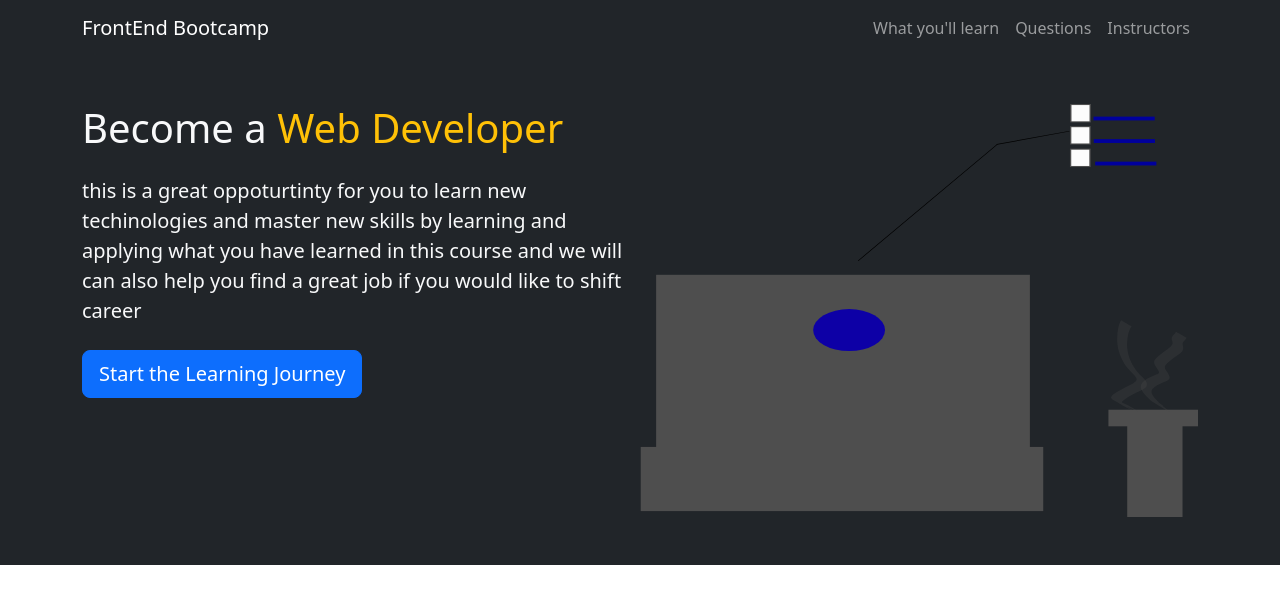
Repository: HaziimYassien/Front-End-BootCamp-__BootStrap-Project
Page: Front End BootCamp2/index.html
An editor plug-in stored every save of this project. The page is shown before and after a run of saves, followed by the edit.
The browser window is 1280 px wide. The pictures show the whole page.

Above is the page before, as saved 2024-01-12 02:20:52.

After the next 2 saves:
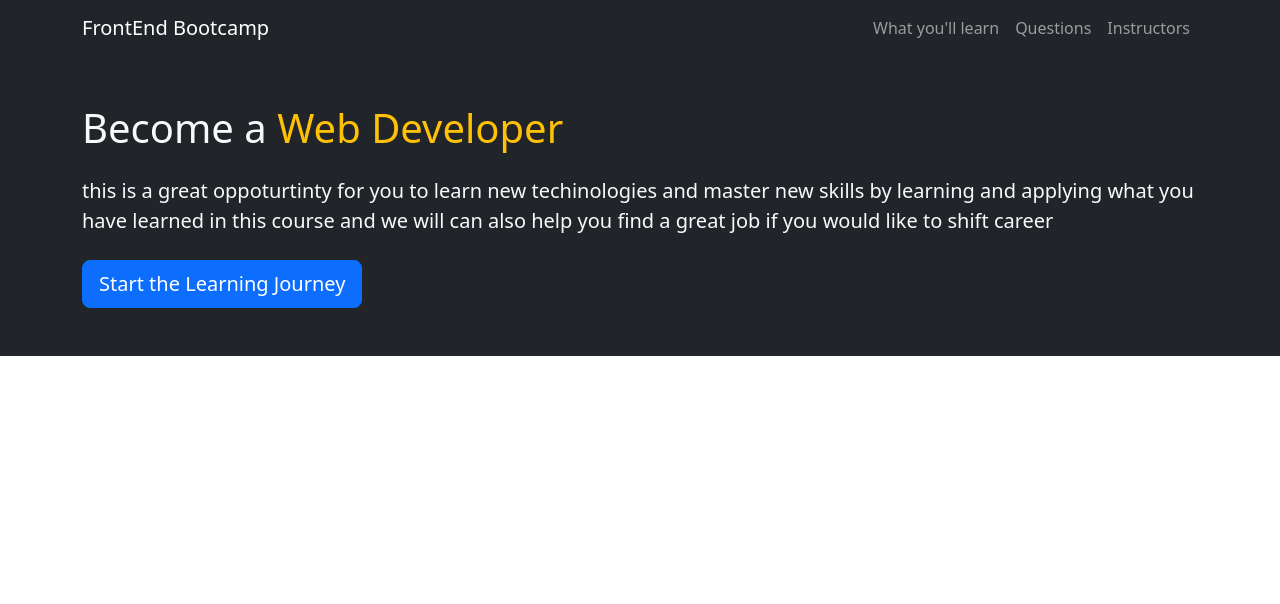
The 2 saves are shown as one change because they came seconds apart.
The last was saved 79 s later.
--- a/Front End BootCamp2/index.html
+++ b/Front End BootCamp2/index.html
@@ -59,7 +59,7 @@
             </button>
           </div>
           <img
-            class="img-fluid w-50 h-50"
+            class="img-fluid w-50 h-50 d-none d-block-sm"
             src="img/FirstImage_BootCampProject.svg"
             alt=""
           />

After the save that followed:
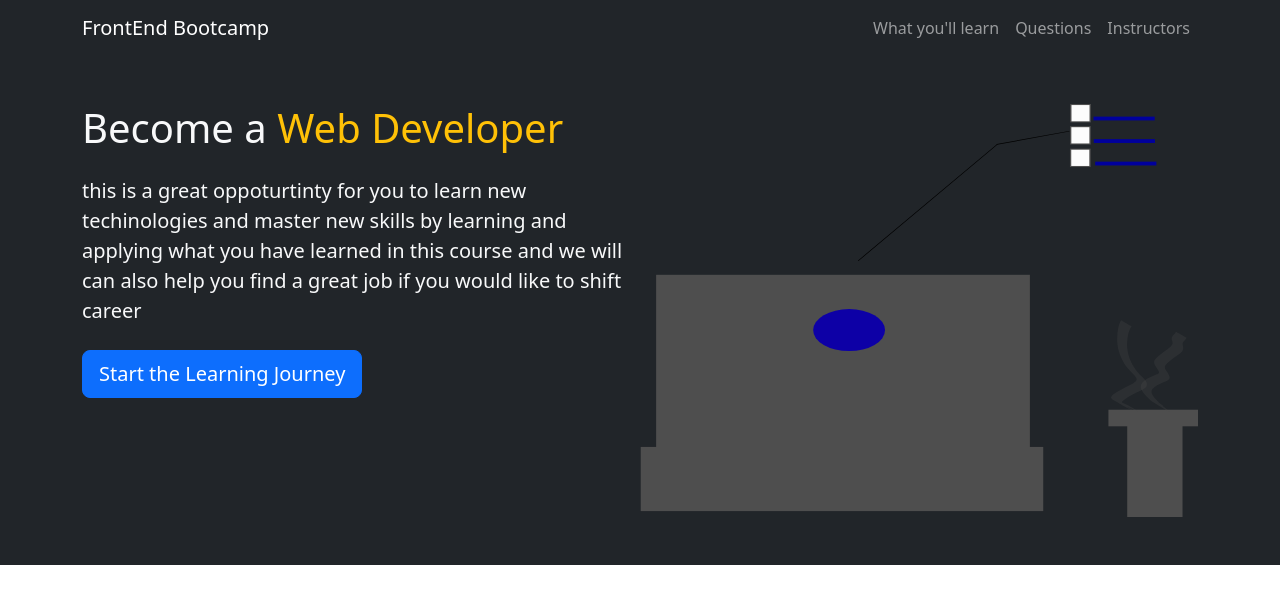
Saved 6 s later.
--- a/Front End BootCamp2/index.html
+++ b/Front End BootCamp2/index.html
@@ -59,7 +59,7 @@
             </button>
           </div>
           <img
-            class="img-fluid w-50 h-50 d-none d-block-sm"
+            class="img-fluid w-50 h-50 d-none d-sm-block"
             src="img/FirstImage_BootCampProject.svg"
             alt=""
           />
